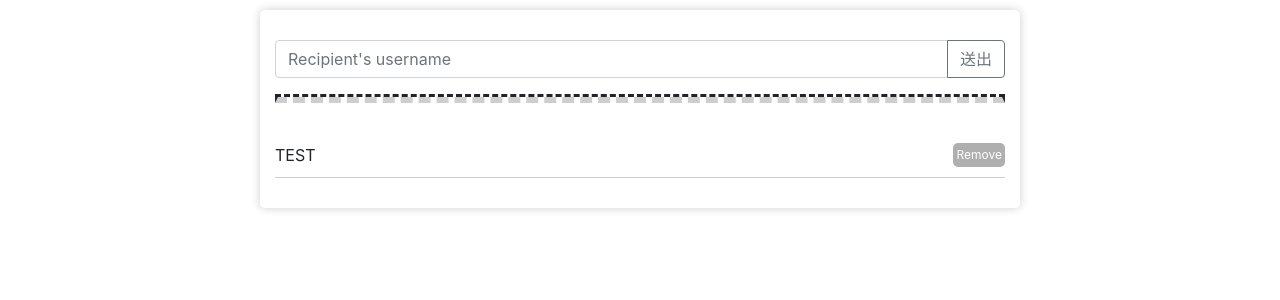
Repository: iian0910/vue3_todoList
Page: /
These files come from the project's save history. The page is drawn as it stood at one moment and after the next save; the edit follows.
The browser window is 1280 px wide. The pictures show the whole page.
The project was rebuilt for these pictures with package versions that can differ from the ones it lists, and the page was loaded fresh each time.

Above is the page before, as saved 2021-02-23 16:18:59.

### src/App.vue
<template>
  <TodoList/>
</template>

<script lang="ts">
import { defineComponent } from 'vue'
import TodoList from './components/TodoList.vue'

export default defineComponent({
  name: 'App',
  components: {
    TodoList
  }
})
</script>

<style lang="scss">
@import './assets/scss/all';
</style>

### src/assets/scss/all.scss
@import '~bootstrap/scss/bootstrap.scss';
@import './helpers/variables';

### src/components/TodoList.vue
<template>
  <div class="container">
    <div class="row">
      <div class="col-8 offset-2 content">
        <!-- input 輸入框 -->
        <div class="input-group mb-3">
          <input
            type="text"
            class="form-control"
            placeholder="Recipient's username"
            v-model="newTodo">
          <div class="input-group-append">
            <button
              class="btn btn-outline-secondary"
              type="button"
              @click="addTodo">送出</button>
          </div>
        </div>
        <!---->

        <div class="segmentation"></div>

        <!-- List 展示 -->
        <ul class="list">
          <li class="list-item d-flex justify-content-between align-items-center" v-for="(todo, index) in todoList" :key="index">
            <label class="list-item-title m-0 p-0">{{todo.title}}</label>
            <div class="remove-list">Remove</div>
          </li>
        </ul>
        <!---->
      </div>
    </div>
  </div>
</template>
<script lang="ts">
import { defineComponent, reactive, ref } from 'vue'

interface Todo {
  // eslint-disable-next-line @typescript-eslint/member-delimiter-style
  id: string
  // eslint-disable-next-line @typescript-eslint/member-delimiter-style
  title: string
}

export default defineComponent({
  name: 'TodoList',
  setup () {
    // ref:
    // 可以接受「任何型態」的資料
    // 但是不會對「物件」或「陣列」內部的屬性變動做監聽

    // reactive
    // 「只接受」物件或陣列，可以做深層的監聽
    // 以及取得資料不需要 「.value」
    const newTodo = ref('')
    const todoList = reactive([{
      id: '001',
      title: 'TEST'
    }])

    // methods
    function addTodo () {
      if (newTodo.value) {
        todoList.push({
          id: Math.floor(Date.now()).toString(),
          title: newTodo.value
        })
        newTodo.value = ''
      }
    }

    // return
    return {
      todoList,
      newTodo,
      addTodo
    }
  }
})
</script>

<style lang="scss">
.content{
  padding: 30px;
  margin: 10px auto;
  border-radius: 5px;
  box-shadow: 0px 0px 10px 0px rgba(0, 0, 0, 0.2);
}
.segmentation{
  margin-bottom: 30px;
  border-bottom: 6px solid rgb(206, 206, 206);
  border-style: dashed;
  // border-radius: 3px;
}
.list{
  padding: 0;
  margin: 0;
  list-style: none;
}
.list-item{
  padding: 10px 0;
  margin-bottom: 0;
  border-bottom: 1px solid rgb(206, 206, 206);
}
.remove-list{
  padding: 3px;
  border-radius: 5px;
  background-color: rgb(175, 175, 175);
  font-size: 12px;
  color: white;
  cursor: pointer;
  &:hover{
    background-color: rgb(250, 75, 113);
  }
}
</style>

Loaded but not shown: public/index.html (common file); src/main.ts (common file); src/assets/scss/helpers/_variables.scss (1146 lines, source omitted)

After the next save:
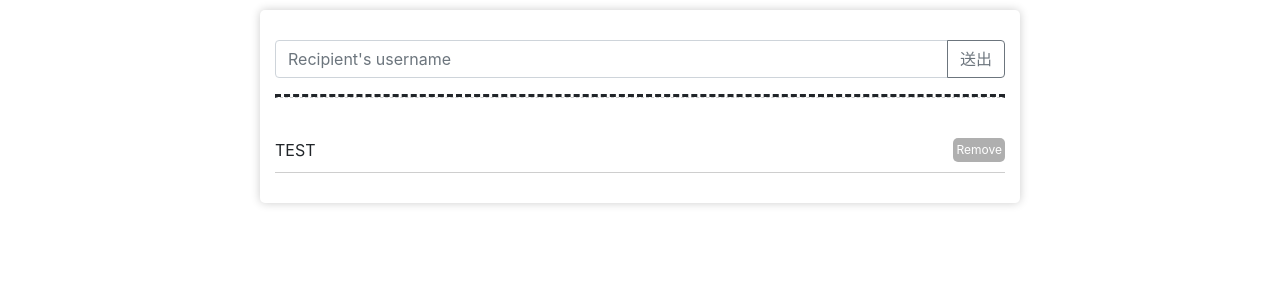
Saved 14 s later.
--- a/src/components/TodoList.vue
+++ b/src/components/TodoList.vue
@@ -88,7 +88,7 @@ export default defineComponent({
 }
 .segmentation{
   margin-bottom: 30px;
-  border-bottom: 6px solid rgb(206, 206, 206);
+  border-bottom: 1px solid rgb(206, 206, 206);
   border-style: dashed;
   // border-radius: 3px;
 }
